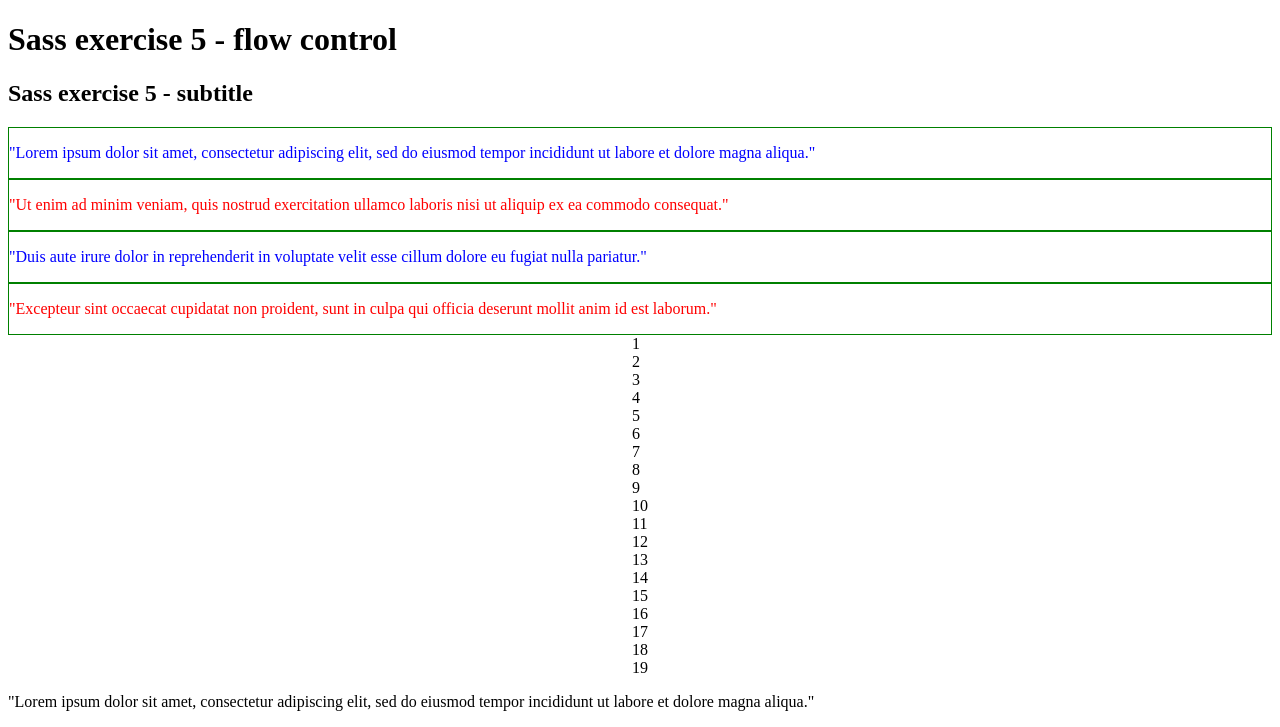
Repository: tr2cky/sass5
Page: index.html
These files come from the project's save history. The page is drawn as it stood at one moment and after a run of saves; the edit follows.
The browser window is 1280 px wide. The pictures show the whole page.
The style sheet was rebuilt from its Sass, Less or Tailwind sources for each picture, by a compiler version that may differ from the author's.

Above is the page before, as saved 2022-10-16 10:42:18.

After the next 5 saves:
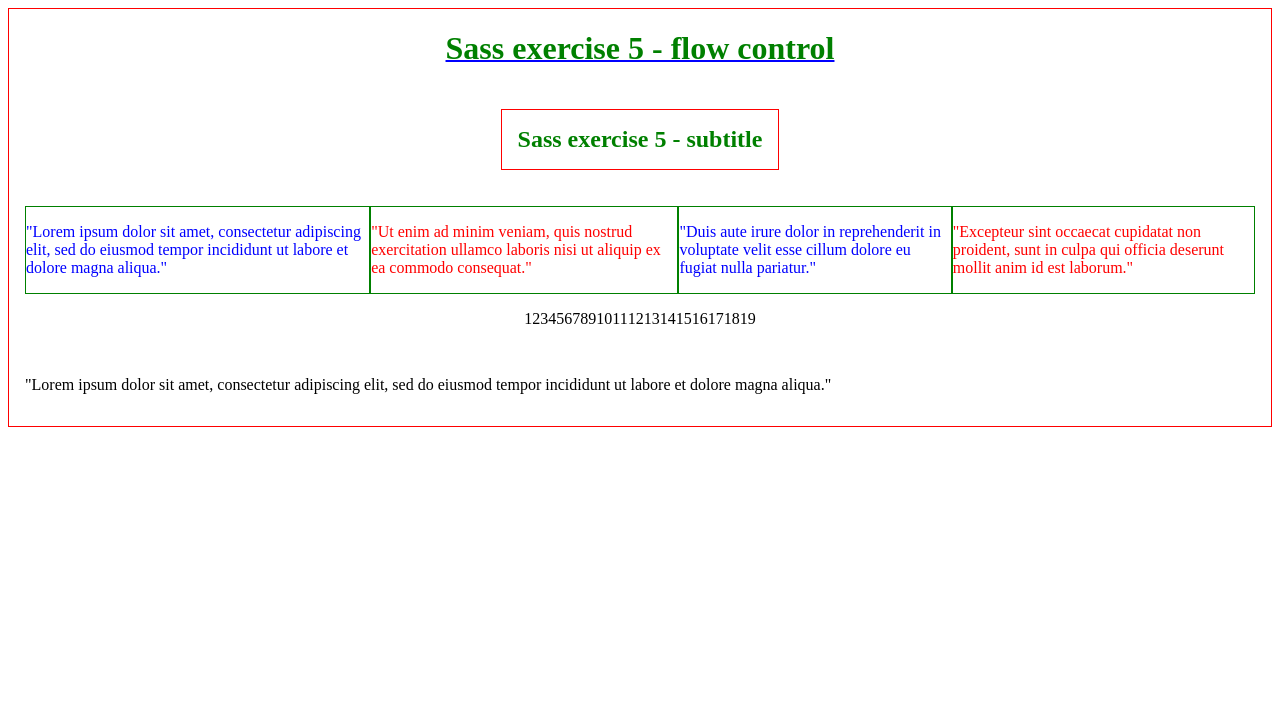
The 5 saves are shown as one change because they came seconds apart.
The last was saved 7 min 19 s later.
--- a/index.html
+++ b/index.html
@@ -5,7 +5,7 @@
         <link rel="stylesheet" href="./style.css">
     </head>
     <body>
-        <div>
+        <div class="exercise">
             <h1>Sass exercise 5 - flow control</h1>
             <h2>Sass exercise 5 - subtitle</h2>
             <section>
